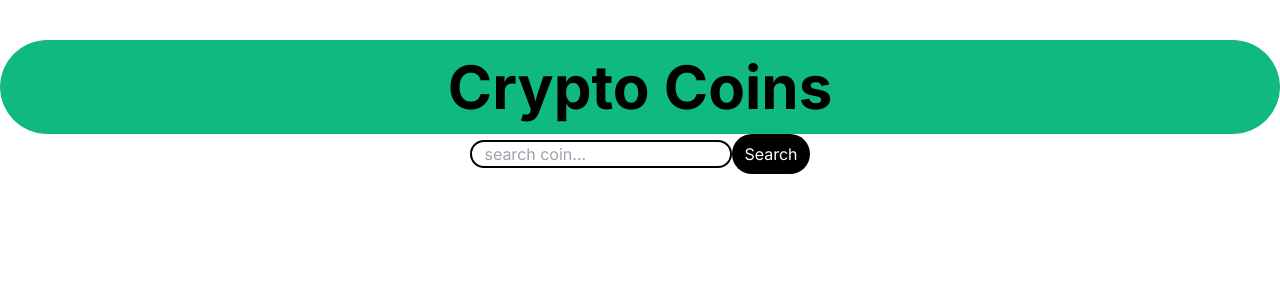
Repository: bittu-Patel/coins
Page: /
The author's editor kept a copy of each file at every save. The page is drawn from the files as they stood at one save, then again after the next save.
The browser window is 1280 px wide. The pictures show the whole page.
The page's requests for data from a server got no answer. The project was rebuilt for these pictures with package versions that can differ from the ones it lists, and the page was loaded fresh each time. The framework's server and built-in components were replaced by stand-ins that run in the browser. No one was signed in, and anything a server would have sent is missing. Also part of the build but not shown: next.config.js.

Above is the page before, as saved 2023-12-18 16:51:35.

After the next save:
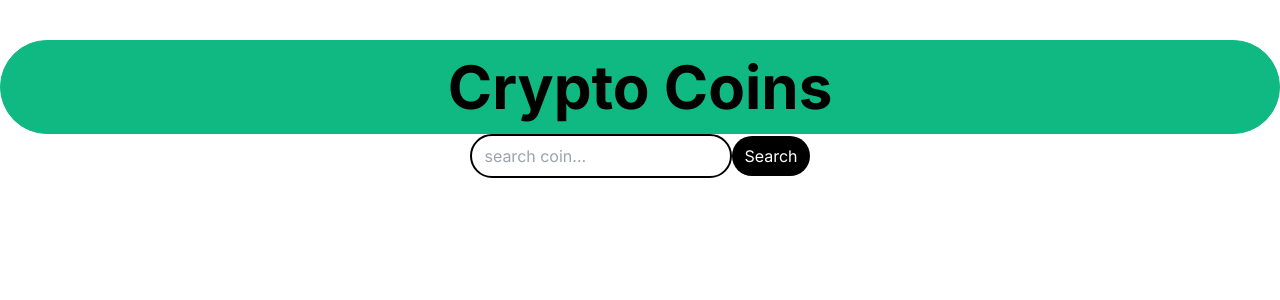
Saved 4 s later.
--- a/app/components/SearchCoins.jsx
+++ b/app/components/SearchCoins.jsx
@@ -17,7 +17,7 @@ export default function SearchCoins({ getSearchResults }) {
     <div>
       <form onSubmit={handleSubmit}>
         <input
-          className="text-black border-black border-2 rounded-full px-3 py-  "
+          className="text-black border-black border-2 rounded-full px-3 py-2  "
           type="text"
           placeholder="search coin... "
           value={query}
